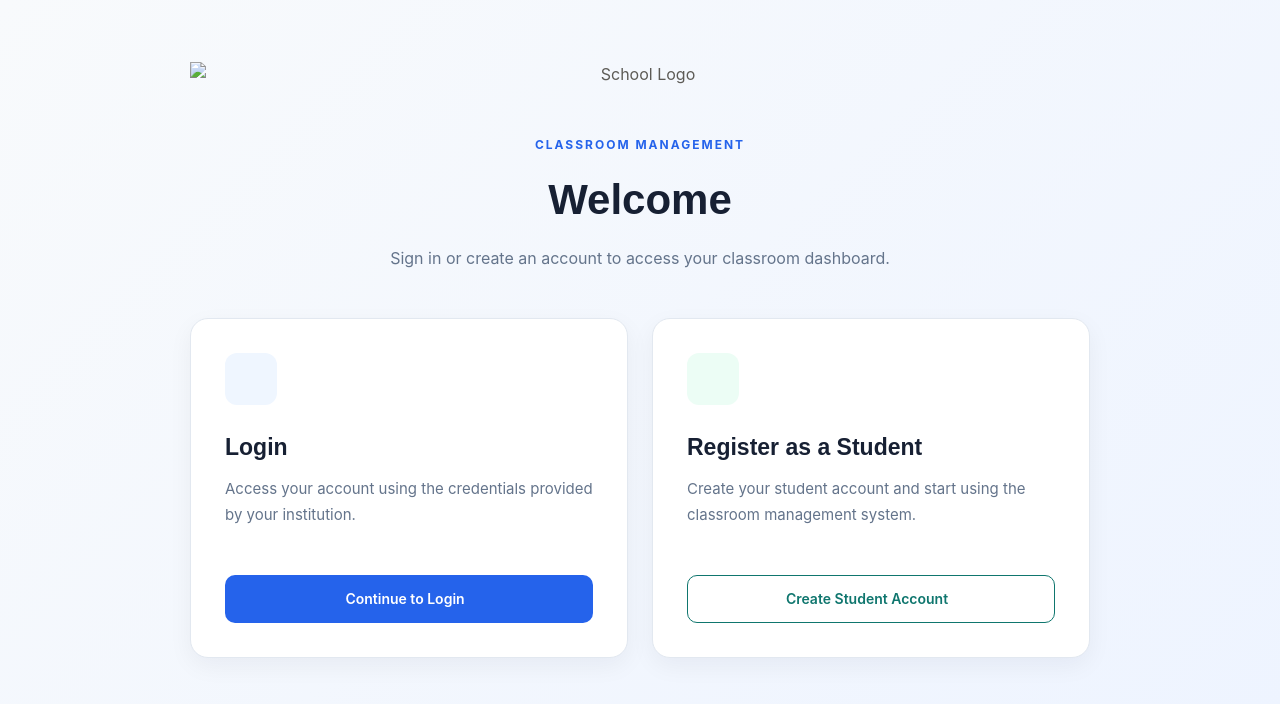
Repository: Chocovcandy/Classroom_Management_System
Page: http://localhost/Login_page
These files come from the project's save history. The page is drawn as it stood at one moment and after a run of saves; the edit follows.
The browser window is 1280 px wide. The pictures show the whole page.
Some web libraries are served in a nearby version. The page is served by the project's Laravel application, run on PHP 8.4 with Laravel 12.

Above is the page before, as saved 2026-08-13 23:11:30.

After the next 2 saves:
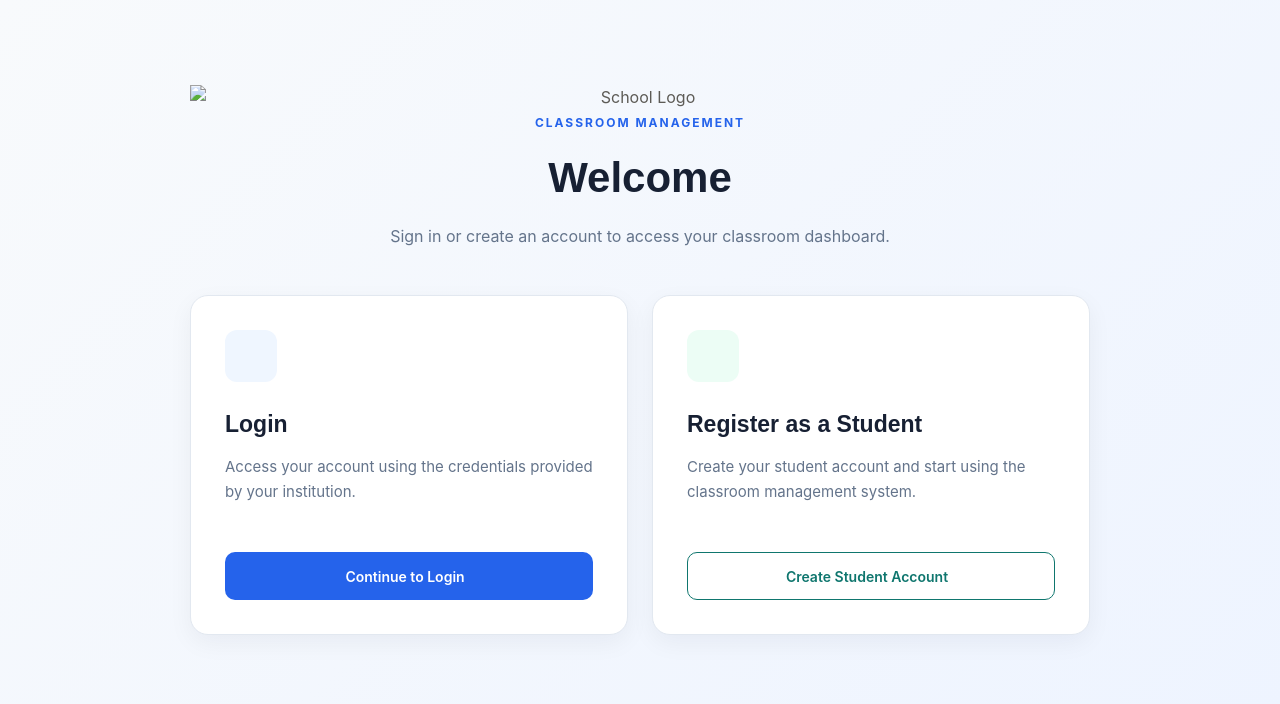
The 2 saves are shown as one change because they came seconds apart.
The last was saved 19 s later.
--- a/resources/views/Login_page.blade.php
+++ b/resources/views/Login_page.blade.php
@@ -24,17 +24,19 @@
 
             <div class="auth-choice-container">
                 <div class="auth-choice-header">
+
                     <img src="{{ asset('images/school-logo.png') }}" alt="School Logo" class="auth-school-logo">
-                </div>
 
-                <div class="auth-choice-header">
-                    <span class="auth-choice-label">CLASSROOM MANAGEMENT</span>
+                    <span class="auth-choice-label">
+                        CLASSROOM MANAGEMENT
+                    </span>
 
                     <h1>Welcome</h1>
 
                     <p>
                         Sign in or create an account to access your classroom dashboard.
                     </p>
+
                 </div>
 
 
